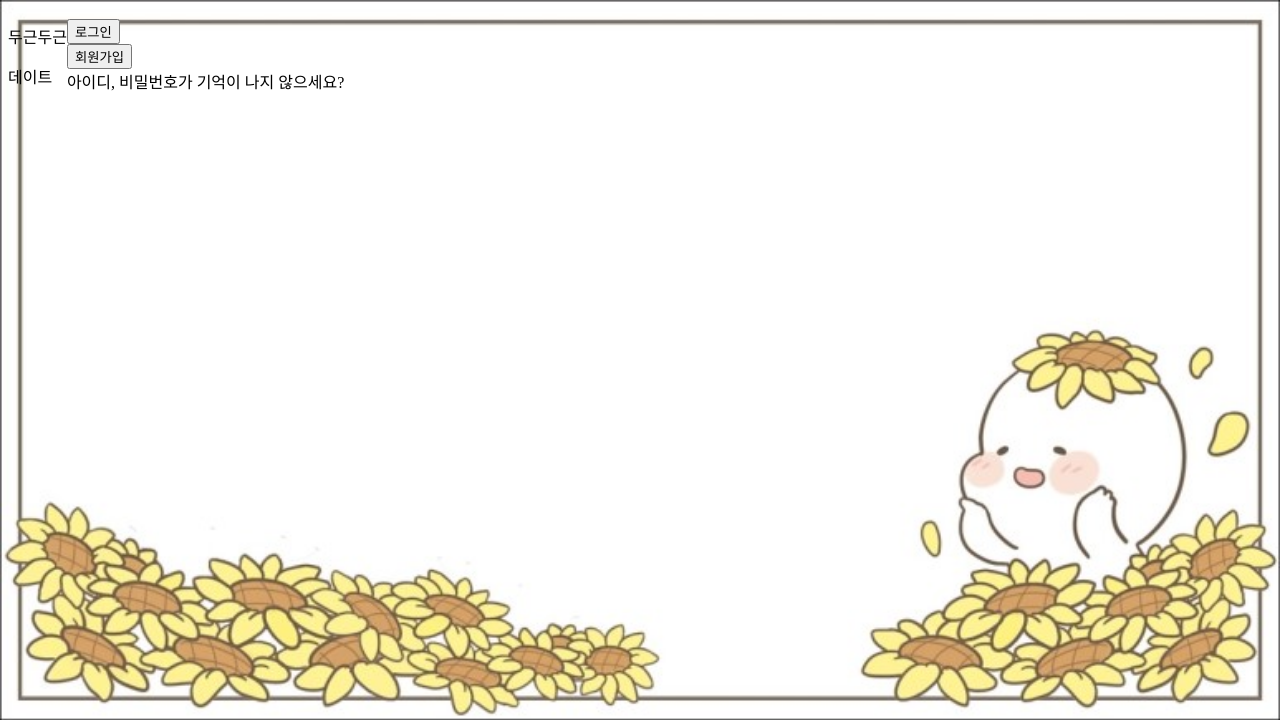
Repository: pinokio531/date_application
Page: http://localhost/doogeunDate/ex.jsp
The author's editor kept a copy of each file at every save. The page is drawn from the files as they stood at one save, then again after the next save.
The browser window is 1280 px wide. The pictures show the whole page.
The page is served by Tomcat 9.

Above is the page before, as saved 2019-05-31 12:49:38.

### doogeunDate/WebContent/ex.jsp
<%@ page language="java" contentType="text/html; charset=EUC-KR"
    pageEncoding="EUC-KR"%>
<!DOCTYPE html>
<html>
<head>
<meta charset="EUC-KR">
<title>Insert title here</title>
<link rel="stylesheet" type="text/css" href="style/index2.css" />
</head>
<body>

<div id="titleDIV">
<p>두근두근</p>
<p>데이트</p>
</div>
<div id="buttonsDIV">
<div>
<input type="button" value="로그인" onclick="location.href='login.jsp'">
</div>
<div>
<input type="button" value="회원가입" onclick="location.href='joinForm.jsp'">
</div>
<div>
<a>아이디, 비밀번호가 기억이 나지 않으세요?</a>
</div>
</div>

</body>
</html>

### doogeunDate/WebContent/style/index2.css
body{
    background:url(../asset/ompang.jpg);
    background-size: 100%;
    display: flex;
    align-items: center;
}

After the next save:
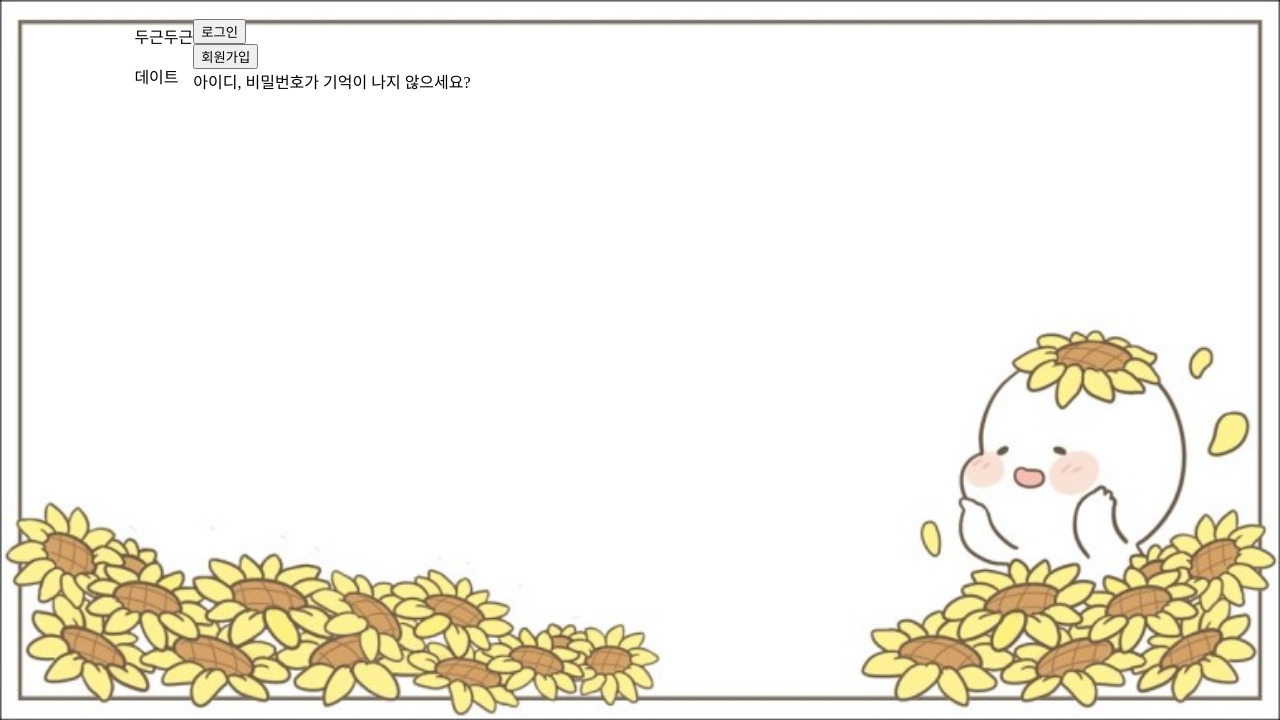
Saved 76 s later.
--- a/doogeunDate/WebContent/style/index2.css
+++ b/doogeunDate/WebContent/style/index2.css
@@ -4,3 +4,11 @@
     display: flex;
     align-items: center;
 }
+
+#titleDIV{
+	margin-left: 10%;
+}
+
+#buttonsDIV{
+	margin-right: 10%;
+}
